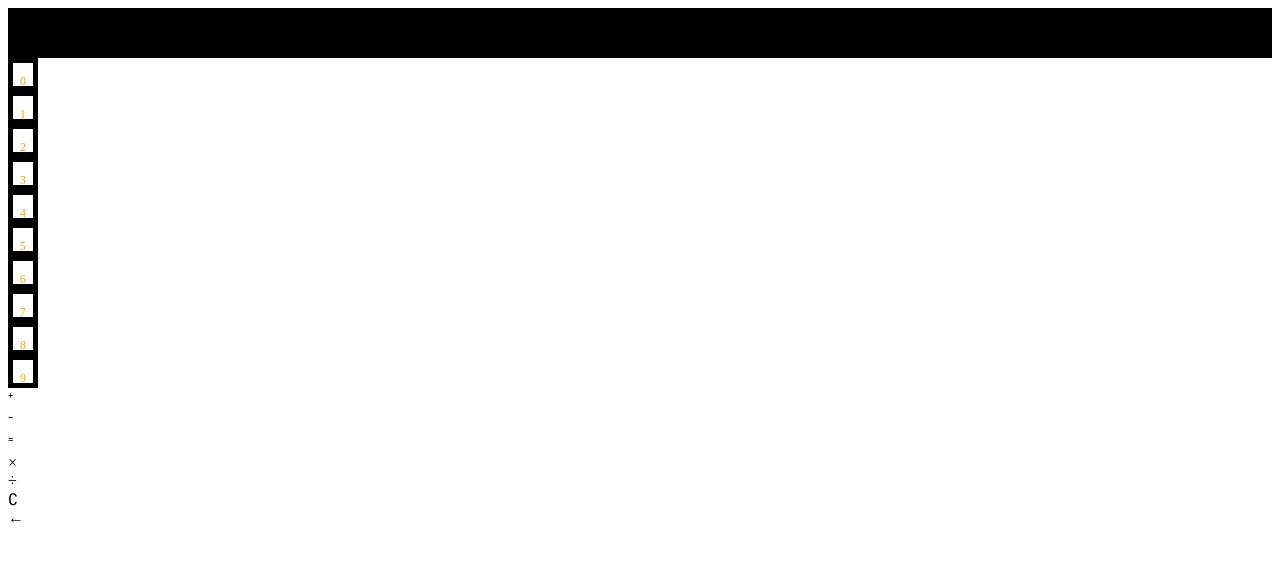
Repository: TEazy2433/LAB-calculator
Page: index.html
The author's editor kept a copy of each file at every save. The page is drawn from the files as they stood at one save, then again after the next save.
The browser window is 1280 px wide. The pictures show the whole page.

Above is the page before, as saved 2023-10-12 20:58:51.

After the next save:
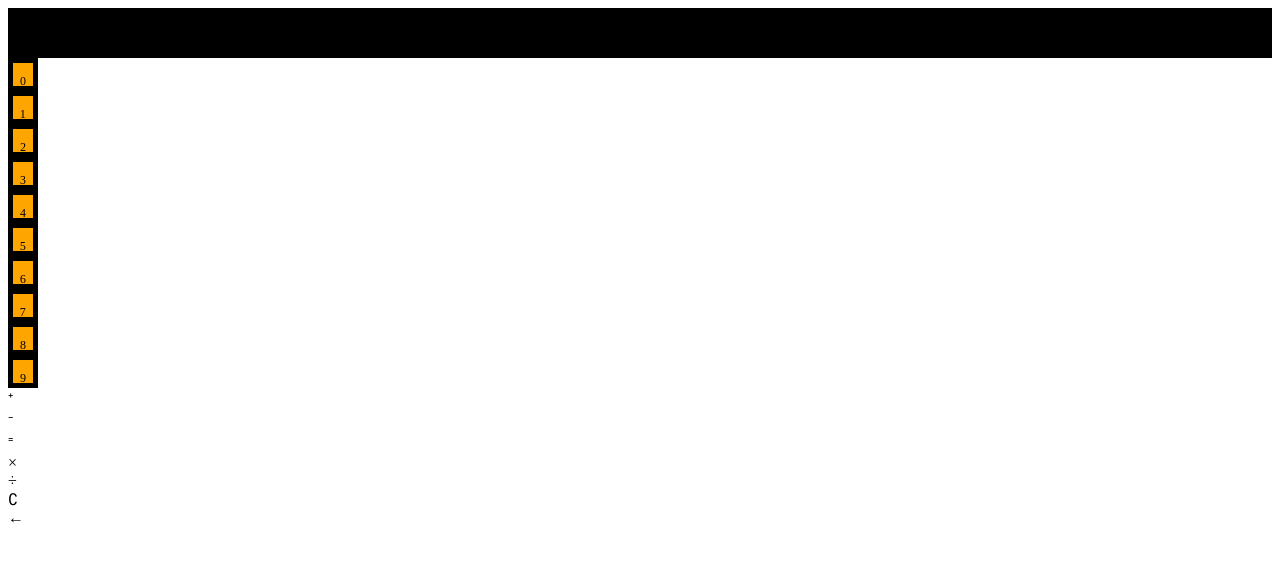
Saved 19 s later.
--- a/main.css
+++ b/main.css
@@ -16,6 +16,6 @@
   font-size: 20px;
   width: 20px;
   border: solid black 5px;
-  color: orange;
+  background-color: orange;
   text-align: center;
 }
